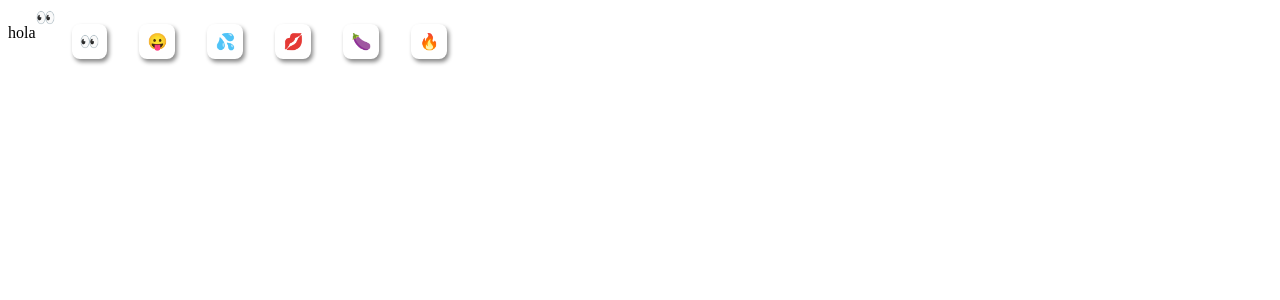
Repository: gabrielardevol/portfolio-react
Page: javascript_domestika/exercici_memory/exercici/html.html
The author's editor kept a copy of each file at every save. The page is drawn from the files as they stood at one save, then again after the next save.
The browser window is 1280 px wide. The pictures show the whole page.

Above is the page before, as saved 2022-12-21 13:14:33.

### javascript_domestika/exercici_memory/exercici/html.html
<head>
  <meta charset="utf-8">
  <style>
  .carta {
    background-color: rgb(255, 255, 255);
    width: fit-content;
    margin: 1em;
    padding: 0.5em;
    border-radius: 0.5em;
    box-shadow: 2px 3px 4px 0px #888888;
  }
  #mesa {
    display: flex;
  }
  </style>
</head>
<body>
  <div id="mesa"></div>

  <script src="js.js">
  </script>
</body>

### javascript_domestika/exercici_memory/exercici/js.js
function saludar(){
  alert("hola")
}
saludar()

/////////////////////////////

array = ["👀","😛","💦","💋","🍆","🔥"]

array.forEach(function(elemento, índice) {
  console.log(elemento, índice);
})

////////////////////////////

var mesa = document.querySelector("#mesa");
//console.log(mesa)
mesa.innerHTML = "<p> hola </p>"
div = document.createElement("div")
div.innerHTML = "👀"
//console.log(div)
mesa.appendChild(div)

////////////////////////////

array.forEach(function(elemento, índice) {
  div = document.createElement("div") ;
  div.innerHTML =
  "<div class='carta'>" +
  elemento +
  "</div>"
  //aquí es copiaria la classe, etc
  mesa.appendChild(div) ;
})

// per a duplicar el nombre de targetes, concatenar l'array amb sí mateix

After the next save:
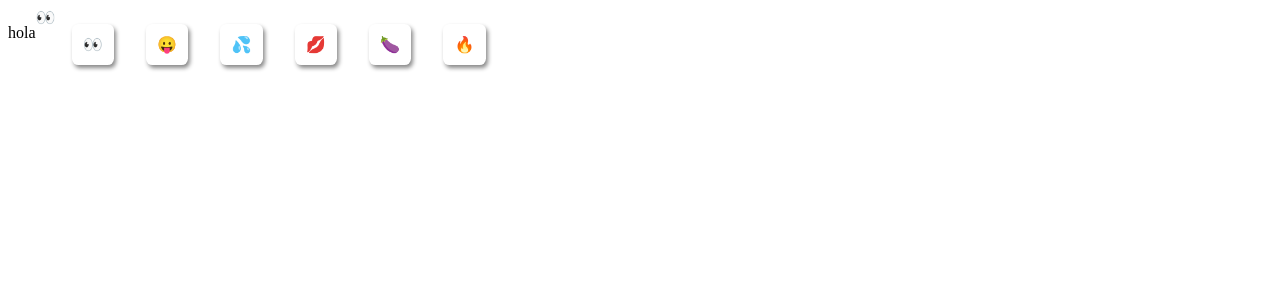
Saved 13 s later.
--- a/javascript_domestika/exercici_memory/exercici/html.html
+++ b/javascript_domestika/exercici_memory/exercici/html.html
@@ -5,8 +5,8 @@
     background-color: rgb(255, 255, 255);
     width: fit-content;
     margin: 1em;
-    padding: 0.5em;
-    border-radius: 0.5em;
+    padding: 0.7em;
+    border-radius: 0.4em;
     box-shadow: 2px 3px 4px 0px #888888;
   }
   #mesa {
